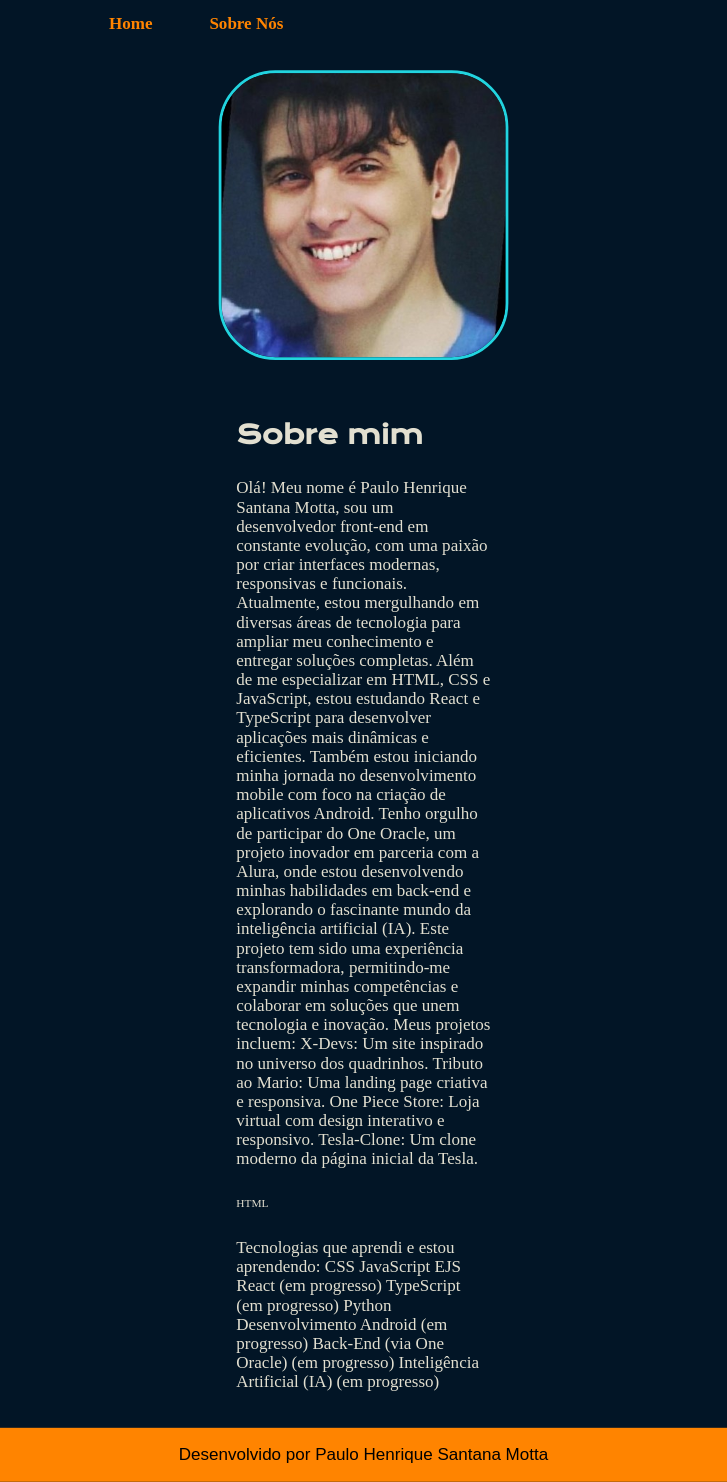
Repository: phsmottanerd/projeto-portfolio-alura
Page: about.html
These files come from the project's save history. The page is drawn as it stood at one moment and after the next save; the edit follows.
The browser window is 1024 px wide. The pictures show the whole page, at 71% of full size.

Above is the page before, as saved 2025-01-30 02:04:35.

After the next save:
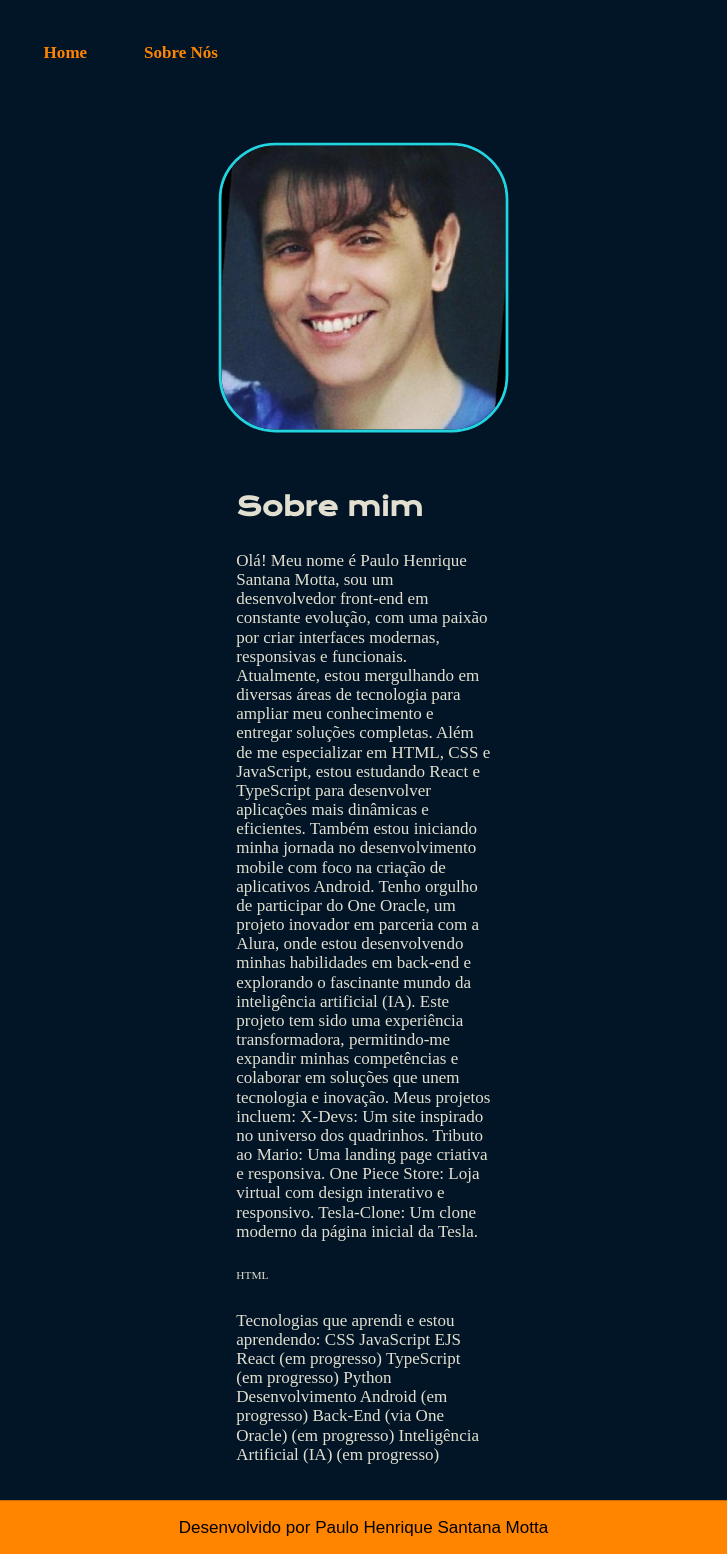
Saved 2 min 57 s later.
--- a/estilos/style.css
+++ b/estilos/style.css
@@ -24,6 +24,7 @@ body {
 }
 .cabecalho {
   padding: 2% 0% 0% 15%;
+
 }
 .cabecalho__menu {
   display: flex;
@@ -118,7 +119,10 @@ body {
 
 }
 @media(max-width: 1200px){
-.apresentacao{
+.cabecalho{
+  padding: 6%;;
+}
+  .apresentacao{
 flex-direction:column-reverse;
 
 }
